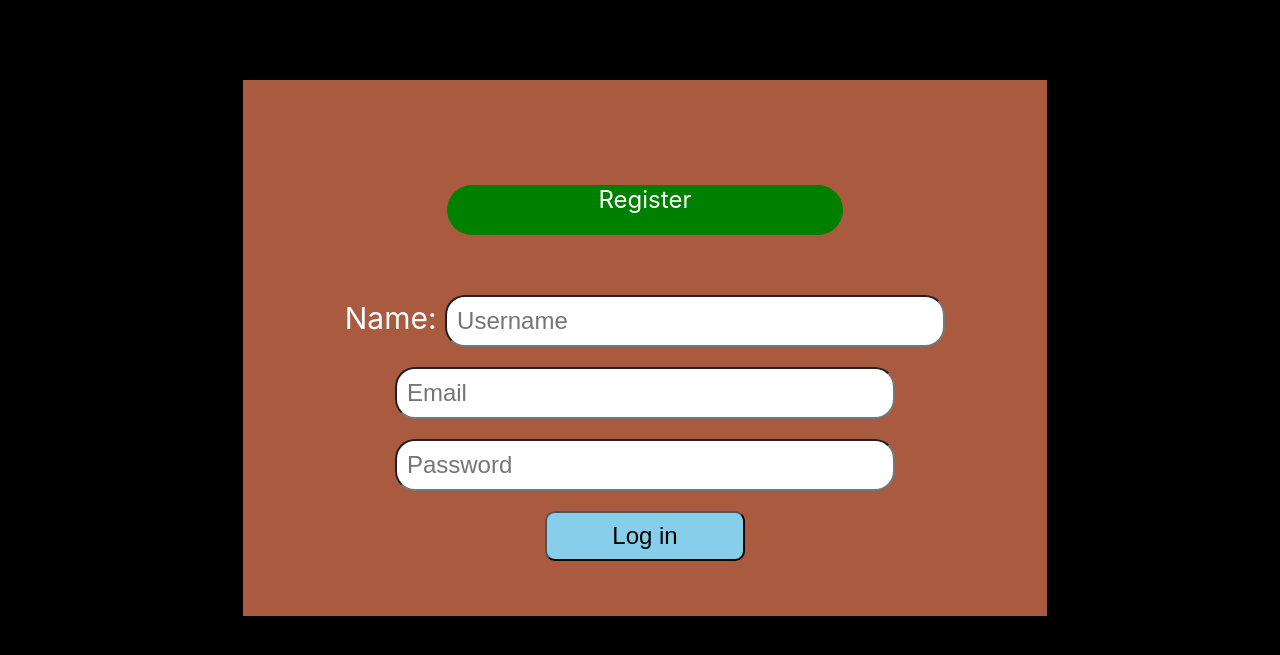
Repository: abhaysharma20233009/swiftKey
Page: /login (app in frontend/my-app/)
An editor plug-in stored every save of this project. The page is shown before and after the next save, followed by the edit.
The browser window is 1280 px wide. The pictures show the whole page.
The project was rebuilt for these pictures with package versions that can differ from the ones it lists, and the page was loaded fresh each time. Also part of the build but not shown: frontend/my-app/src/Swifts.js, frontend/my-app/src/Results.js.

Above is the page before, as saved 2024-10-10 20:08:38.

After the next save:
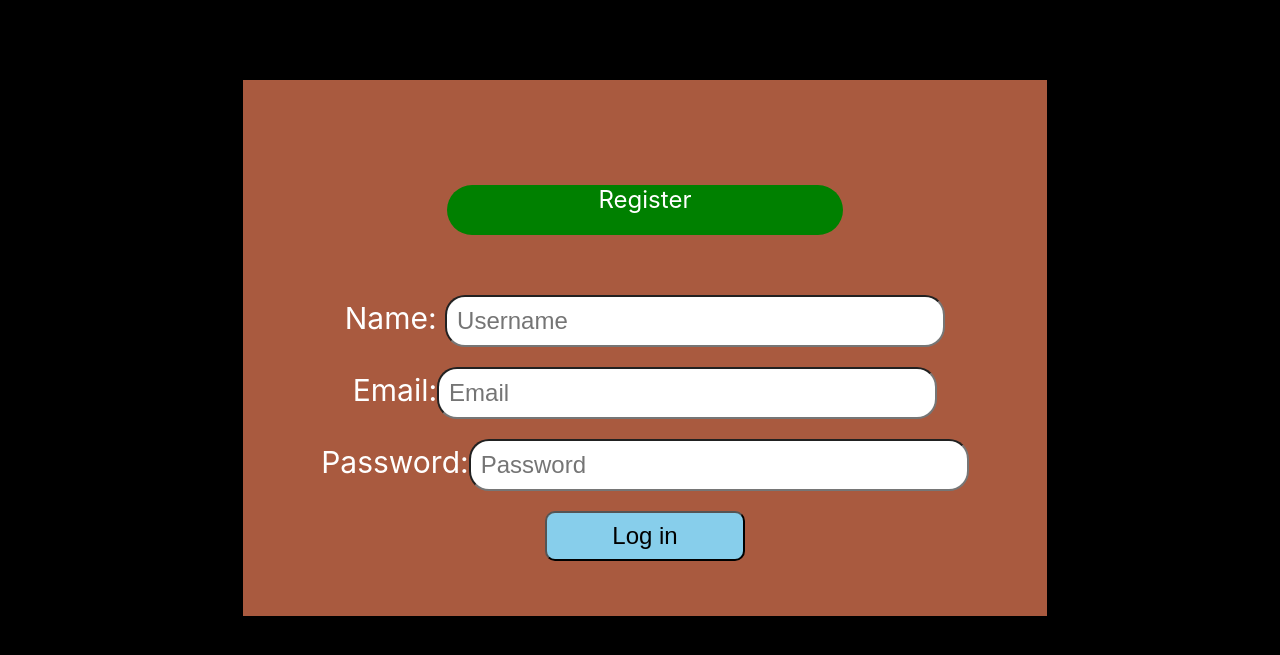
Saved 29 s later.
--- a/frontend/my-app/src/Login.js
+++ b/frontend/my-app/src/Login.js
@@ -62,7 +62,7 @@ const Login = () => {
                     required
                 />
                 <br/>
-                <input
+                Email:<input
                 className="in"
                     type="email"
                     placeholder="Email"
@@ -71,7 +71,7 @@ const Login = () => {
                     required
                 />
                 <br/>
-                <input
+                Password:<input
 
                 className="in"
                     type="password"
